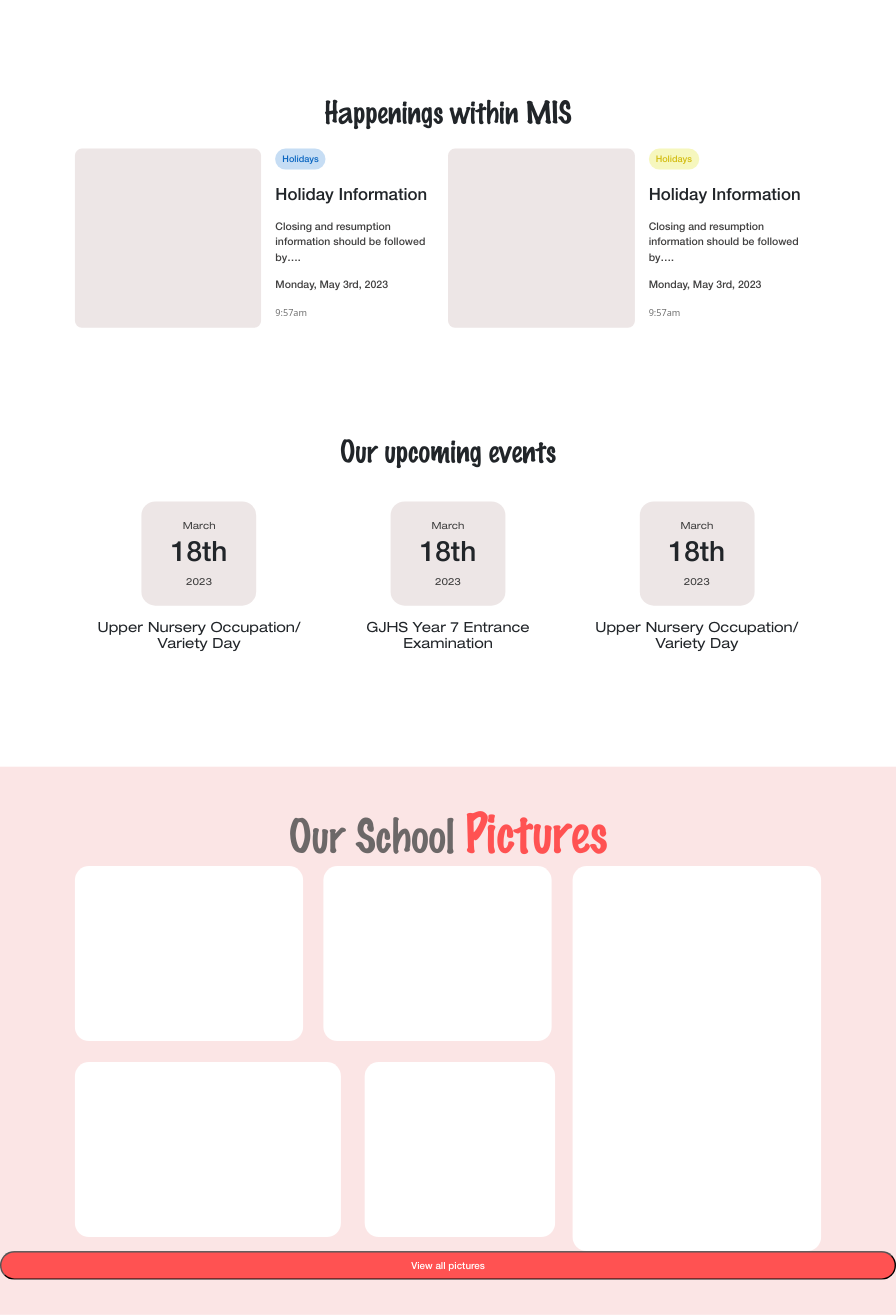
Repository: sarahnnanyelugo/MIGS
Page: /
The author's editor kept a copy of each file at every save. The page is drawn from the files as they stood at one save, then again after the next save.
The browser window is 1280 px wide. The pictures show the part of the page from y = 4536 to 6456 px (the page is 6414 px tall before and 6456 px after), at 70% of full size.
The project was rebuilt for these pictures with package versions that can differ from the ones it lists, and the page was loaded fresh each time.

Above is the page before, as saved 2023-05-30 17:27:41.

### src/App.scss
@font-face {
  font-family: maker;
  src: url(./assets/fonts/marker-felt/Marker-Felt.ttf);
}
@font-face {
  font-family: helveticaB;
  src: url(./assets/fonts/helvetica/HelveticaNeueBold.ttf);
}
@font-face {
  font-family: helveticaM;
  src: url(./assets/fonts/helvetica/HelveticaNeueMedium.ttf);
}
@font-face {
  font-family: helveticaR;
  // src: url(./assets/fonts/helvetica/HelveticaNeueRegular.ttf);
  src: url(./assets/fonts/helvetica/HelveticaNeue-Extended.otf);
}

h1,
h2,
h3,
h4,
h5,
h6 {
  font-family: maker;
}

### src/pages/Home/Home.js
import React from "react";
import { AppModal } from "../../components/AppModal/AppModal";
import LandingImg from "../../assets/images/table.jpeg";
import Grad from "../../assets/images/grad.png";
import "./home.scss";
import CountUp from "react-countup";
import { Link } from "react-router-dom";
import Events from "./Events";

function Home() {
  return (
    <>
      <div className="col-md-12 landing-img">
        {/* <img
          className="tech-logo"
          src={LandingImg}
          alt="Scholar"
          width="100%"
        />{" "} */}
        <div className="centered col-md-5 offset-md-1">
          <h1>Excellence is our birthright</h1>
        </div>
      </div>
      <center>
        <div className="col-md-12 welcome-div">
          <div className="col-md-7 welcome-header mtt">
            <h1>Welcome to Montessori International Group of Schools</h1>
          </div>
          <div className="col-md-5 mt3 welcome-paragraph">
            <p>
              {" "}
              On behalf of the Management and staff of Montessori International
              School, we welcome you to our website. We are grateful for another
              opportunity to offer you our best and are dedicated to ensuring
              that your child grows up balanced in all endeavours of life and
              not just academically.
            </p>
          </div>
        </div>
      </center>

      <div className="col-md-10 offset-md-1 section-div">
        <center>
          <h1>Our School Sections</h1>
        </center>
        <div className="col-md-12 flexy">
          <div className="col-md-4">
            <div className="col-md-11 sections-container early-years">
              {/* <img
          className="tech-logo"
          src={LandingImg}
          alt="Scholar"
          width="100%"
        />{" "} */}
              <div class="bottom-left col-md-1">
                <h2>Early Years</h2>
              </div>
            </div>
          </div>{" "}
          <div className="col-md-4">
            <div className="col-md-11 sections-container primary">
              {/* <img
          className="tech-logo"
          src={LandingImg}
          alt="Scholar"
          width="100%"
        />{" "} */}
              <div class="bottom-left col-md-1">
                {" "}
                <h2>Primary School</h2>
              </div>
            </div>
          </div>{" "}
          <div className="col-md-4">
            <div className="col-md-11 sections-container special ">
              {/* <img
          className="tech-logo"
          src={LandingImg}
          alt="Scholar"
          width="100%"
        />{" "} */}
              <div class="bottom-left col-md-1">
                {" "}
                <h2>Special Education</h2>
              </div>
            </div>
          </div>
        </div>
      </div>
      <div className="col-md-8 offset-md-3 flexy">
        <div className="col-md-5">
          <div className="col-md-11 sections-container junior ">
            {/* <img
          className="tech-logo"
          src={LandingImg}
          alt="Scholar"
          width="100%"
        />{" "} */}
            <div class="bottom-left col-md-1">
              {" "}
              <h2>Special Education</h2>
            </div>
          </div>
        </div>
        <div className="col-md-5">
          <div className="col-md-11 sections-container senior ">
            {/* <img
          className="tech-logo"
          src={LandingImg}
          alt="Scholar"
          width="100%"
        />{" "} */}
            <div class="bottom-left col-md-1">
              {" "}
              <h2>Special Education</h2>
            </div>
          </div>
        </div>
      </div>
      <div className="col-md-12 birthright-div">
        <center>
          <div className="col-md-6">
            <h1>
              Excellence is our<span>BIRTHRIGHT</span>
            </h1>
            <p>
              On behalf of the Management and staff of Montessori International
              School, we welcome you to our website. We are grateful for another
              opportunity to offer you our best and are dedicated to ensuring
              that your child grows up balanced in all endeavours of life and
              not just academically.
            </p>
          </div>
        </center>
        <div className="col-md-10 offset-md-1 flexy">
          <div className="col-md-8 ">
            <div className="col-md-11 img-div">
              {" "}
              {/* <img
          className="tech-logo"
          src={LandingImg}
          alt="Scholar"
          width="100%"
        />{" "} */}
            </div>
          </div>{" "}
          <div className="col-md-4 ">
            <div className="col-md-11 img-div">
              {" "}
              {/* <img
          className="tech-logo"
          src={LandingImg}
          alt="Scholar"
          width="100%"
        />{" "} */}
            </div>
          </div>
        </div>{" "}
        <div className="col-md-10 offset-md-1 flexy mt2">
          {" "}
          <div className="col-md-4 ">
            <div className="col-md-11 img-div">
              {" "}
              {/* <img
          className="tech-logo"
          src={LandingImg}
          alt="Scholar"
          width="100%"
        />{" "} */}
            </div>
          </div>
          <div className="col-md-8 ">
            <div className="col-md-11 img-div">
              {" "}
              {/* <img
          className="tech-logo"
          src={LandingImg}
          alt="Scholar"
          width="100%"
        />{" "} */}
            </div>
          </div>{" "}
        </div>
      </div>
      <div className="col-md-12 stats-div">
        <center>
          <h1>The journey towards excellence</h1>
        </center>
        <div className="col-md-10 offset-md-1 flexy">
          {" "}
          <div className="col-md-4 mtt stats">
            <center>
              {" "}
              <h1>
                {" "}
                <CountUp
                  start={0}
                  end={2}
                  duration={3}
                  decimal=""
                  prefix=" "
                  suffix=""
                  enableScrollSpy={true}
                />
              </h1>
              <p>Certified Schools</p>
            </center>
          </div>{" "}
          <div className="col-md-4 mt5 stats">
            <center>
              <img className="tech-logo" src={Grad} alt="Scholar" width="20%" />{" "}
              <h1>
                {" "}
                <CountUp
                  start={0}
                  end={95}
                  duration={3}
                  decimal=""
                  prefix=" "
                  suffix="%"
                  enableScrollSpy={true}
                />
              </h1>
              <p>Pass Rate</p>
            </center>
          </div>{" "}
          <div className="col-md-4 mtt stats">
            <center>
              {" "}
              <h1>
                {" "}
                <CountUp
                  start={0}
                  end={3500}
                  duration={3}
                  decimal=""
                  prefix=" "
                  suffix=""
                  enableScrollSpy={true}
                />
              </h1>
              <p>Life Enrollment since Inception</p>
            </center>
          </div>
        </div>
      </div>
      <div className="col-md-10 offset-md-1 news-div mtt">
        <center>
          <h1>Happenings within MIS</h1>
        </center>
        <div className="flexy mt3">
          <div className="col-md-6 flexy">
            <div className="col-md-6 img-div2"></div>
            <div className="col-md-6 news-details">
              <button className="holidays">Holidays</button>
              <h4>Holiday Information</h4>
              <Link className="normal-link" to={"/"}>
                <p>
                  Closing and resumption information should be followed by….
                </p>
              </Link>
              <p>Monday, May 3rd, 2023</p>
              <small>9:57am</small>
            </div>
          </div>
          <div className="col-md-6 flexy mt23">
            <div className="col-md-6 img-div2"></div>
            <div className="col-md-6 news-details">
              <button className="events">Holidays</button>
              <h4>Holiday Information</h4>
              <Link className="normal-link" to={"/"}>
                <p>
                  Closing and resumption information should be followed by….
                </p>
              </Link>
              <p>Monday, May 3rd, 2023</p>
              <small>9:57am</small>
            </div>
          </div>
        </div>
      </div>
      <div className="col-md-10 offset-md-1 mtt upcoming-div">
        <center>
          <h1>Our upcoming events</h1>
        </center>
        <div className="flexy mt5">
          <div className="col-md-4">
            <center>
              <Events year="2023" month="March" day="18th" />
              <p>
                Upper Nursery Occupation/
                <br />
                Variety Day
              </p>
            </center>
          </div>
          <div className="col-md-4">
            <center>
              <Events year="2023" month="March" day="18th" />
              <p>
                GJHS Year 7 Entrance
                <br /> Examination
              </p>
            </center>
          </div>
          <div className="col-md-4">
            <center>
              <Events year="2023" month="March" day="18th" />
              <p>
                Upper Nursery Occupation/
                <br />
                Variety Day
              </p>
            </center>
          </div>
        </div>
      </div>
      <div className="col-md-12  mtt pictures-container">
        <center>
          <h1>
            Our School <span>Pictures</span>
          </h1>
        </center>
        <div className="col-md-10 offset-md-1 flexy">
          <div className="col-md-8 ">
            <div className="col-md-12 flexy">
              <div className="col-md-6">
                <div className="img-div2 col-md-11"></div>
              </div>{" "}
              <div className="col-md-6">
                <div className="img-div2 col-md-11"></div>
              </div>
            </div>
            <div className="col-md-12 flexy mt3">
              <div className="col-md-7">
                <div className="img-div2 col-md-11"></div>
              </div>{" "}
              <div className="col-md-5">
                <div className="img-div2 col-md-11"></div>
              </div>
            </div>
          </div>
          <div className="col-md-4 img-div"></div>
        </div>

        <center>
          <button className="app-btn">View all pictures</button>
        </center>
      </div>
      <div>
        <AppModal />
      </div>
    </>
  );
}

export default Home;

### src/components/NavBar/NavBar.jsx
import React, { useEffect, useState, useRef } from "react";
import { Link, NavLink } from "react-router-dom";
import "./_navbar.scss";
import { useLocation } from "react-router-dom";
// import Icofont from "react-icofont";
import Logo from "../../assets/images/logo2.png";

function NavBar() {
  return (
    <>
      <div className="nav-container col-md-10 offset-md-1">
        {" "}
        <div className=" col-md-1 tech-logo-div">
          {" "}
          <img className="tech-logo" src={Logo} alt="Scholar" width="60%" />
        </div>
        <ul className="list-inline list-unstyled ">
          <li className="list-inline-item">
            <NavLink className="tech-links cool-link" to={"/"}>
              About
            </NavLink>
          </li>
          <li className="list-inline-item">
            <NavLink className="tech-links cool-link">Admission</NavLink>
          </li>
          <li className="list-inline-item">
            <NavLink className="tech-links cool-link">Academics</NavLink>
          </li>
          <li className="list-inline-item">
            <NavLink className="tech-links cool-link">IEC</NavLink>
          </li>{" "}
          <li className="list-inline-item">
            <NavLink className="tech-links cool-link">E-shop</NavLink>
          </li>
          <li className="list-inline-item">
            <NavLink className="tech-links cool-link">Gallery</NavLink>
          </li>
          <li className="list-inline-item">
            <button className="nav-btn">e-portal</button>
          </li>
          <li>
            <div class="mobile-container "></div>
          </li>
        </ul>
      </div>
    </>
  );
}

export default NavBar;

### src/pages/Home/home.scss
@import "../../variables";
@import "../../shared-styles";
.landing-img {
  position: relative;
  text-align: left;
  color: #fff;
  height: 800px;
  background-color: grey;
  @media screen and (max-width: 620px) {
    text-align: center;
  }
}
.centered {
  position: absolute;
  top: 50%;
  left: 20%;

  transform: translate(-50%, -50%);
  h1 {
    font-size: 114px !important;
    @media screen and (max-width: 620px) {
      font-size: 64px !important;
      margin-left: 120px;
    }
  }
}
.welcome-header {
  color: #707070;

  h1 {
    font-size: 60px;
  }
}
.welcome-paragraph {
  p {
    color: #707070;
    font-family: helveticaM;
  }
}
.welcome-div {
  height: 800px;
  background: url("../../assets/images/curly.png");
  background-size: contain;
  background-repeat: no-repeat;
}
.section-div {
  margin-top: -280px;

  h1 {
    font-size: 60px;
    color: #707070;
  }
}
.sections-container {
  position: relative;
  text-align: center;
  margin-bottom: 50px;
  border-radius: 10px;
  height: 358px;
}
.bottom-left {
  position: absolute;
  bottom: 8px;
  left: 16px;
}
.early-years {
  background: #ff5252;
  color: #fff;
}
.primary {
  background: #f2e15f;
  color: #000;
}
.special {
  background: #838383;
  color: #fff;
}
.junior {
  background: #2ebbef;
  color: #fff;
}
.senior {
  background: #30eaa9;
  color: #000;
}
.birthright-div {
  background: url("../../assets/images/pink-bg.png");
  background-size: cover;
  background-repeat: no-repeat;
  padding: 60px 0;
  margin: 100px 0;
  h1 {
    margin-bottom: 20px;
  }
  span {
    color: $red;
    font-size: 60px;
  }
  color: #707070;
  p {
    font-family: helveticaM;
    margin-bottom: 100px;
  }
  .img-div {
    height: 487px;
    border-radius: 10px;
    background: #fff;
  }
}
.stats-div {
  background: #554907;
  padding: 50px 0;
  h1 {
    color: #fff;
    font-size: 60px;
    // margin-bottom: 40px;
  }
  .stats {
    h1 {
      color: #fff;
      font-size: 70px;
      font-family: helveticaB;
    }
    p {
      color: #fff;
      font-family: helveticaM;
    }
  }
}
.news-div {
  margin-bottom: 50px;
  .img-div2 {
    background: #ede6e6;
    border-radius: 10px;
    height: 256px;
  }
  .news-details {
    padding: 0 0 0 20px;
    h4 {
      font-family: helveticaM;
      margin: 20px 0;
    }
    button {
      border: none;
      width: 72px;
      height: 30px;
      font-size: 13px;
      font-family: helveticaM;
      border-radius: 35px;
    }
    p {
      font-family: helveticaM;
      color: #414040;
      font-size: 15px;
    }
    small {
      font-size: 13px;
      color: #707070;
    }
    .holidays {
      background: #c6ddf4;
      color: #0b66c1;
    }
    .events {
      background: #f6f7be;
      color: #d3bd13;
    }
  }
}
.events-container {
  height: 149px;
  background: #ede6e6;
  width: 164px;
  border-radius: 20px;
  padding-top: 22px;
  h1 {
    font-family: helveticaM;
  }
  small {
    font-family: helveticaR;
    color: #414040;
  }
}
.upcoming-div {
  p {
    font-family: helveticaR;
    font-size: 20px;
    margin-top: 20px;
    line-height: 22px;
  }
}
.pictures-container {
  background: #fbe5e5;
  padding: 50px 0;
  h1 {
    font-size: 60px;
    color: #6c6868;
  }
  span {
    font-size: 70px;
    color: $red;
  }
  .img-div2 {
    background: #fff;
    border-radius: 20px;
    height: 250px;
  }
  .img-div {
    background: #fff;
    border-radius: 20px;
    height: 550px;
  }
}

### src/components/NavBar/_navbar.scss
@import "../../variables";
@import "../../shared-styles";

.nav-container {
  display: flex;
  padding-top: 20px;
  position: relative;
  z-index: 2 !important;
  padding-bottom: 0;
  height: 90px;
  background-color: #fff !important;
  ul li {
    margin-top: 0px !important;
  }
  .nav-btn {
    @include app-btn;
    padding: 8px 40px;
    // margin-top: 0 !important;
    border: none;
    @media screen and (max-width: 620px) {
      display: none;
    }
  }
  .tech-logo-div {
    flex-grow: 1 !important;
    margin-top: -10px;
  }
  .tech-links {
    color: #000;
    text-decoration: none;
    font-family: helveticaM;
    margin: 0px 28px !important;
    &:hover {
      color: $red;
    }
    @media screen and (max-width: 620px) {
      display: none;
    }
  }
}

### src/_variables.scss
$yellow: rgb(255, 210, 16);
$red: #ff5252;
$skyblue: rgb(83, 180, 242);
$lightblue: rgb(12, 99, 177);
$lightblue2: rgb(12, 88, 160);
$lighterblue: rgb(211, 236, 252);
$deepblue2: rgb(0, 79, 157);
$mainblue: rgb(1, 71, 141);

@mixin app-btn {
  color: #fff;
  border-radius: 35px;
  padding: 8px 130px;
  font-size: 14px;
  background: $red;
  @media screen and (max-width: 620px) {
    padding: 8px 100px;
  }
  font-family: helveticaM;
  &:hover {
    background: #c90e0e;
    transition: 0.5s ease;
  }
}

### src/_shared-styles.scss
@import "./variables";

@media screen and (max-width: 620px) {
  .flexyM {
    display: flex !important;
  }
  .side-menu {
    display: none !important;
  }
  .page-body {
    padding: 20px;
  }

  .dn {
    display: none;
  }
  .holder img {
    height: 200px;
    margin-top: 40px !important;
  }
  .overlay {
    bottom: -30px !important;
  }
  .m-margin {
    margin-top: 0 !important;
    margin-bottom: 0 !important;
  }
  .navigations {
    display: none;
  }
  .breadcrum {
    margin-top: 350px !important;
  }
}
@media screen and (min-width: 620px) {
  .flexy {
    display: flex;
  }
  .spread {
    display: flex;
  }
  // {
  //   display:none;
  // }
}

/* Container needed to position the overlay. Adjust the width as needed */
.holder {
  position: relative;
  width: 100%;
}

.side-nav2 {
  @media screen and (max-width: 620px) {
    padding: 0 10px 0;
  }
}
.br {
  border-radius: 10px;
}
.mt1 {
  margin-top: 10px;
}
.mt2 {
  margin-top: 20px;
}
.mt3 {
  margin-top: 30px;
}
.mt4 {
  margin-top: 40px;
}
.mt5 {
  margin-top: 50px;
}
.mt6 {
  margin-top: 60px;
}
.mt7 {
  margin-top: 70px;
}
.mt8 {
  margin-top: 80px;
}
.mt9 {
  margin-top: 90px;
}
.mt {
  margin-top: 120px;
}
.mtt {
  margin-top: 150px;
}
.mr1 {
  margin-right: 10px;
}
.mr2 {
  margin-right: 20px;
}
.mr3 {
  margin-right: 30px;
}
.mr4 {
  margin-right: 40px;
}
.mr5 {
  margin-right: 50px;
}
.mr6 {
  margin-right: 60px;
}
.mr7 {
  margin-right: 70px;
}
.mb1 {
  margin-bottom: 10px;
}
.mb2 {
  margin-bottom: 20px;
}
.mb3 {
  margin-bottom: 30px;
}
.mb4 {
  margin-bottom: 40px;
}
.mb5 {
  margin-bottom: 50px;
}
.mb6 {
  margin-bottom: 60px;
}
.ml2 {
  margin-left: 20px;
}
.ml3 {
  margin-left: 30px;
}
.ml4 {
  margin-left: 40px;
}
.ml5 {
  margin-left: 50px;
}
.ml6 {
  margin-left: 60px;
}

.app-btn {
  @include app-btn;
  width: 100% !important;
}
.tac {
  text-align: center;
}
.normal-link {
  font-family: helveticaM;
  color: black !important;
  text-decoration: none;
}

Loaded but not shown: public/index.html (common file); src/index.css (common file); src/reportWebVitals.js (common file); src/components/scrollToTop.js (common file); src/components/AppModal/AppModal.js (60 lines, source omitted); src/App.js (24 lines, source omitted); src/index.js (18 lines, source omitted); src/pages/Home/Events.js (15 lines, source omitted); src/components/AppModal/_app-modal.scss (464 lines, source omitted)

After the next save:
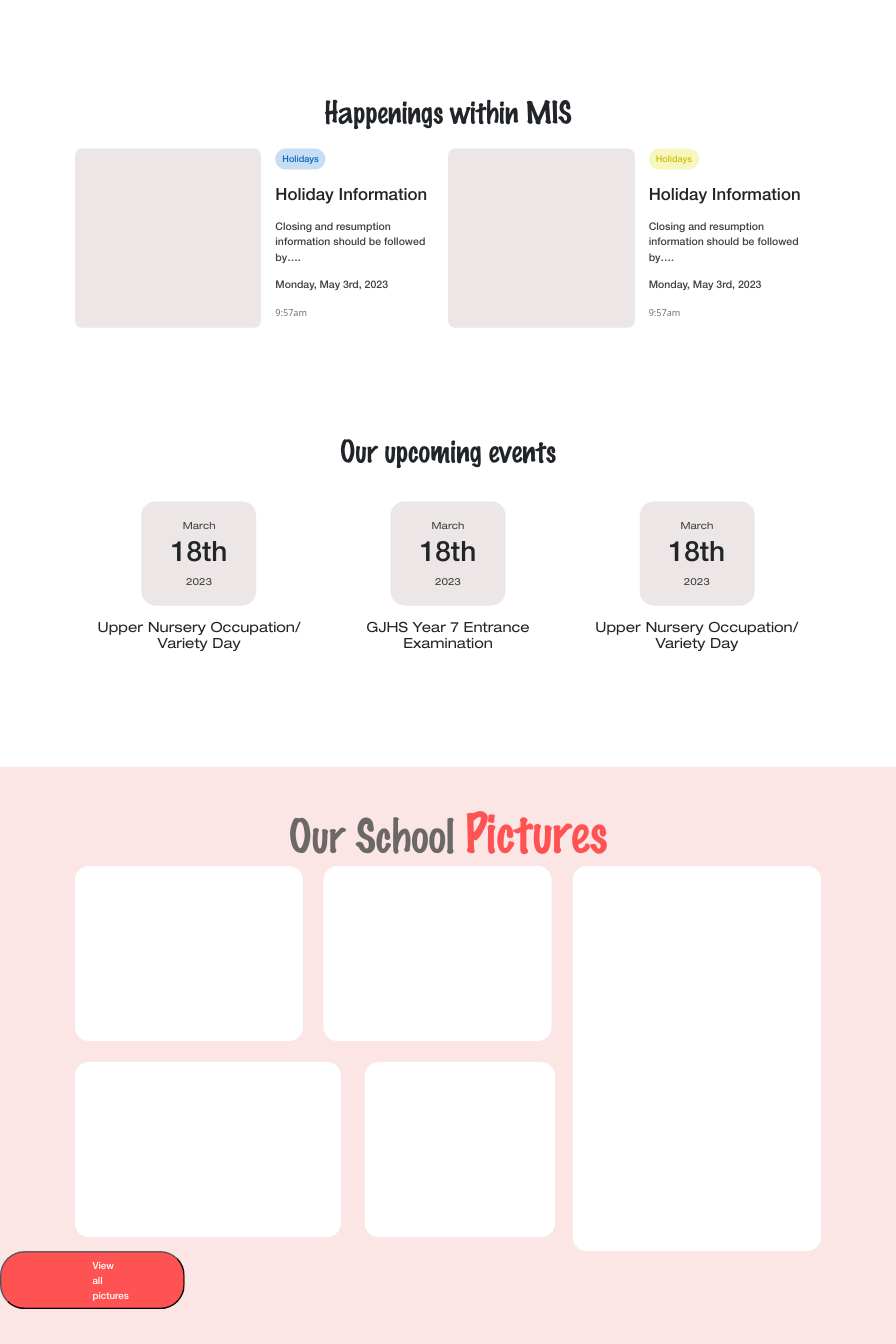
Saved 31 s later.
--- a/src/pages/Home/Home.js
+++ b/src/pages/Home/Home.js
@@ -343,7 +343,7 @@ function Home() {
           <div className="col-md-4 img-div"></div>
         </div>
 
-        <center>
+        <center className="col-md-1">
           <button className="app-btn">View all pictures</button>
         </center>
       </div>
